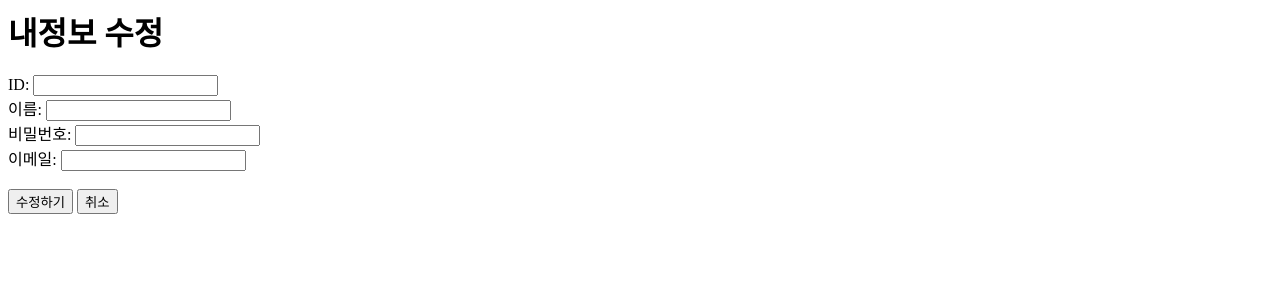
Repository: ejkim9090/FinalProject
Page: http://localhost/semiproject/myinfo
The author's editor kept a copy of each file at every save. The page is drawn from the files as they stood at one save, then again after the next save.
The browser window is 1280 px wide. The pictures show the whole page.
The page is served by Tomcat 9. Other server files are loaded and not shown.

Above is the page before, as saved 2023-02-21 12:00:49.
Console error: SyntaxError: Unexpected token '{'

### java/semiproject/WebContent/WEB-INF/view/myinfo.jsp
<%@ page language="java" contentType="text/html; charset=UTF-8"
    pageEncoding="UTF-8"%>
<%@ taglib prefix="c" uri="http://java.sun.com/jsp/jstl/core" %>
<script src="https://code.jquery.com/jquery-3.6.3.js"></script>
<!DOCTYPE html>
<head>
<meta charset="UTF-8"">
<title>내정보 수정</title>
<script src="https://code.jquery.com/jquery-3.6.3.js"></script>
</head>
<body>
	<h1>내정보 수정</h1>
		ID:
		<input type="text" value="${lgnss.id }" name="id">
		<br>
		이름:
		<input type="text" value="${lgnss.name }" name="name">
		<br>
		비밀번호:
		<input type="password" name="passwd" id="passwd">
		<span id="invaildChk"></span>
		<br>
		이메일:
		<input type="email" value="${lgnss.email }" name="email">
		<br><br>
		<button type="submit">수정하기</button>
		<button type="button" class="btn main">취소</button>
<script>
	$("#passwd").on("input", invalidChkPasswd);

	function invalidChkPasswd {
		let pass = $("#passwd").val();

		if(pass.length < 5) {
			$("#invaildChk").html("패스워드가 5글자 이하입니다. 5글자 이상으로 작성해 주세요.");
			$("#invaildChk").css("color", "red");
		} else {
			$("#invaildChk").html("패스워드가 5글자 이상입니다.");
			$("#invaildChk").css("color", "green");
		}
	}
</script>
</body>
</html>

### java/semiproject/src/kr/common/controller/MyinfoController.java
package kr.common.controller;

import java.io.IOException;
import java.util.List;

import javax.servlet.ServletException;
import javax.servlet.annotation.WebServlet;
import javax.servlet.http.HttpServlet;
import javax.servlet.http.HttpServletRequest;
import javax.servlet.http.HttpServletResponse;
import javax.servlet.http.HttpSession;
import javax.websocket.Session;

import kr.common.member.model.service.MemberService;
import kr.common.member.model.vo.MemberVo;

/**
 * Servlet implementation class MyinfoController
 */
@WebServlet("/myinfo")
public class MyinfoController extends HttpServlet {
	private static final long serialVersionUID = 1L;

    /**
     * @see HttpServlet#HttpServlet()
     */
    public MyinfoController() {
        super();
        // TODO Auto-generated constructor stub
    }

	/**
	 * @see HttpServlet#doGet(HttpServletRequest request, HttpServletResponse response)
	 */
	protected void doGet(HttpServletRequest request, HttpServletResponse response) throws ServletException, IOException {
		request.getRequestDispatcher("/WEB-INF/view/myinfo.jsp").forward(request, response);

	}

}

After the next save:
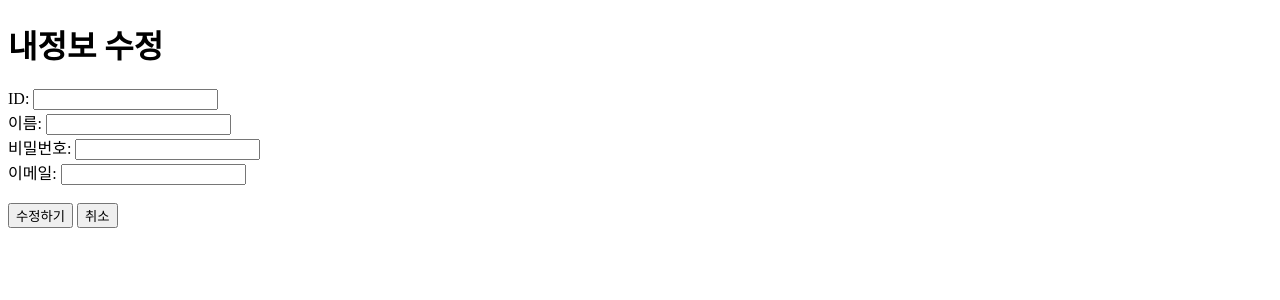
Saved 19 s later.
--- a/java/semiproject/WebContent/WEB-INF/view/myinfo.jsp
+++ b/java/semiproject/WebContent/WEB-INF/view/myinfo.jsp
@@ -1,7 +1,6 @@
 <%@ page language="java" contentType="text/html; charset=UTF-8"
     pageEncoding="UTF-8"%>
 <%@ taglib prefix="c" uri="http://java.sun.com/jsp/jstl/core" %>
-<script src="https://code.jquery.com/jquery-3.6.3.js"></script>
 <!DOCTYPE html>
 <head>
 <meta charset="UTF-8"">
